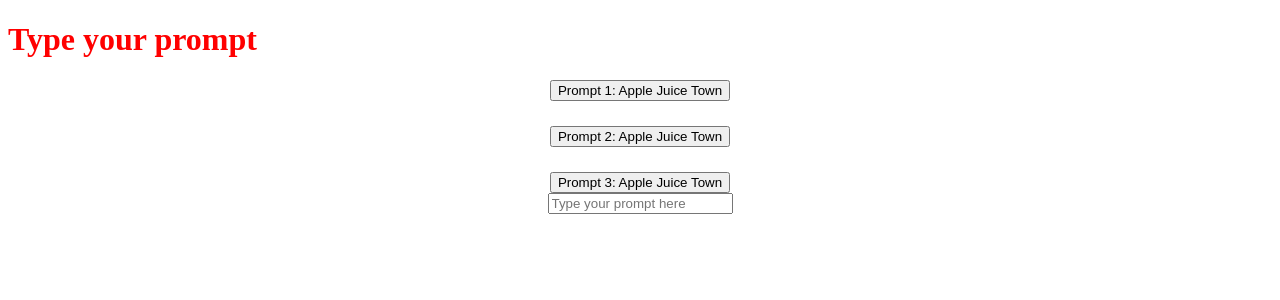
Repository: Appl3Kitti3/PROJECT_4537
Page: ClientSide/index.html
An editor plug-in stored every save of this project. The page is shown before and after the next save, followed by the edit.
The browser window is 1280 px wide. The pictures show the whole page.

Above is the page before, as saved 2024-10-17 20:58:11.

After the next save:
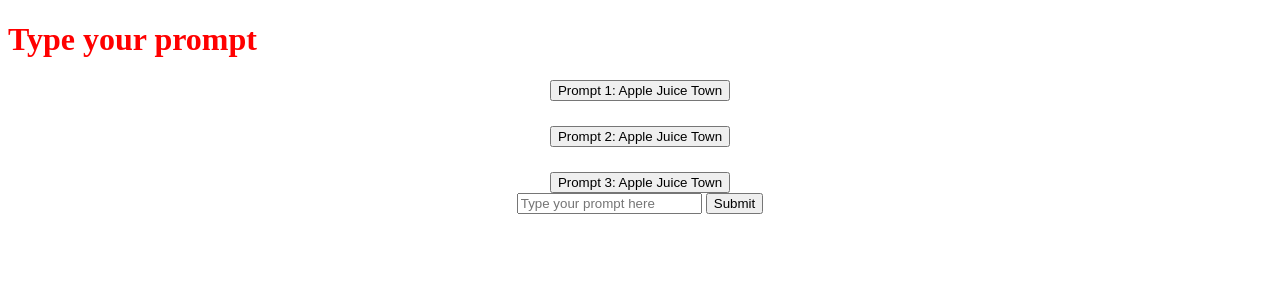
Saved 6 s later.
--- a/ClientSide/index.html
+++ b/ClientSide/index.html
@@ -39,7 +39,7 @@
             <form>
                 <input type="text" id="prompt" placeholder="Type your prompt here" />
 
-
+                <input type="submit" value="Submit" />
             </form>
         </div>
 
